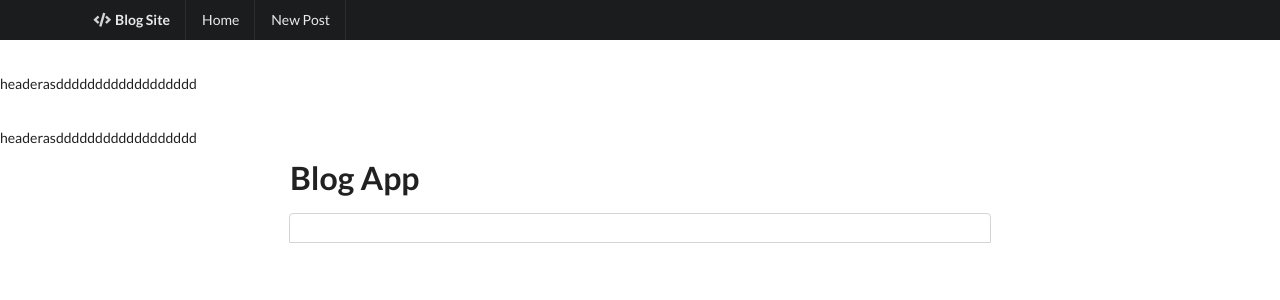
Repository: HuakunShen/LearnWeb
Page: http://localhost/blogs
The author's editor kept a record of every edit. The page is drawn from the files as they stood at one moment, then again after the next edit.
The browser window is 1280 px wide. The pictures show the whole page.
The page is served by the project's Node server (BlogApp/app.js). Queries for data that is not in the repository find no rows.

Above is the page before.

After the next edit:
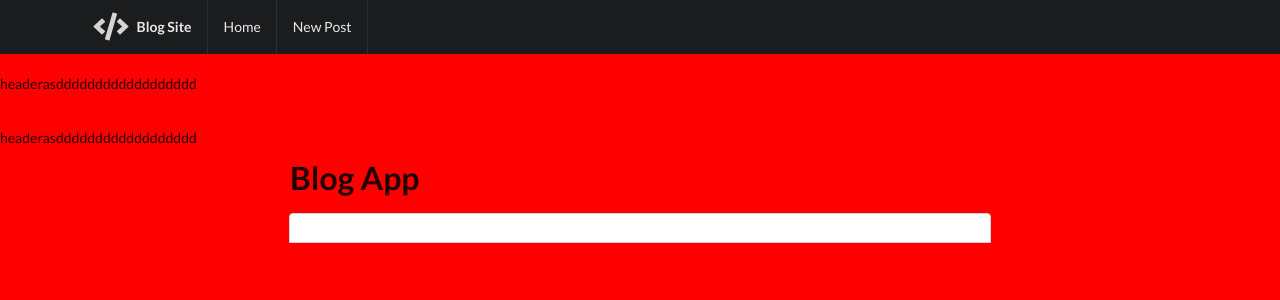
The edit:
--- a/workspace/BlogApp/views/partials/header.ejs
+++ b/workspace/BlogApp/views/partials/header.ejs
@@ -2,7 +2,8 @@
     <head>
         <title>Blog App</title>
         <link rel="stylesheet" href="https://cdnjs.cloudflare.com/ajax/libs/semantic-ui/2.4.1/semantic.min.css" />
-        <link rel"stylesheet" type="text/css" href="stylesheets/app.css">
+        <link rel="stylesheet" type="text/css" href="stylesheets/app.css">
+
     </head>
     <style>
         /*i .icon {*/
